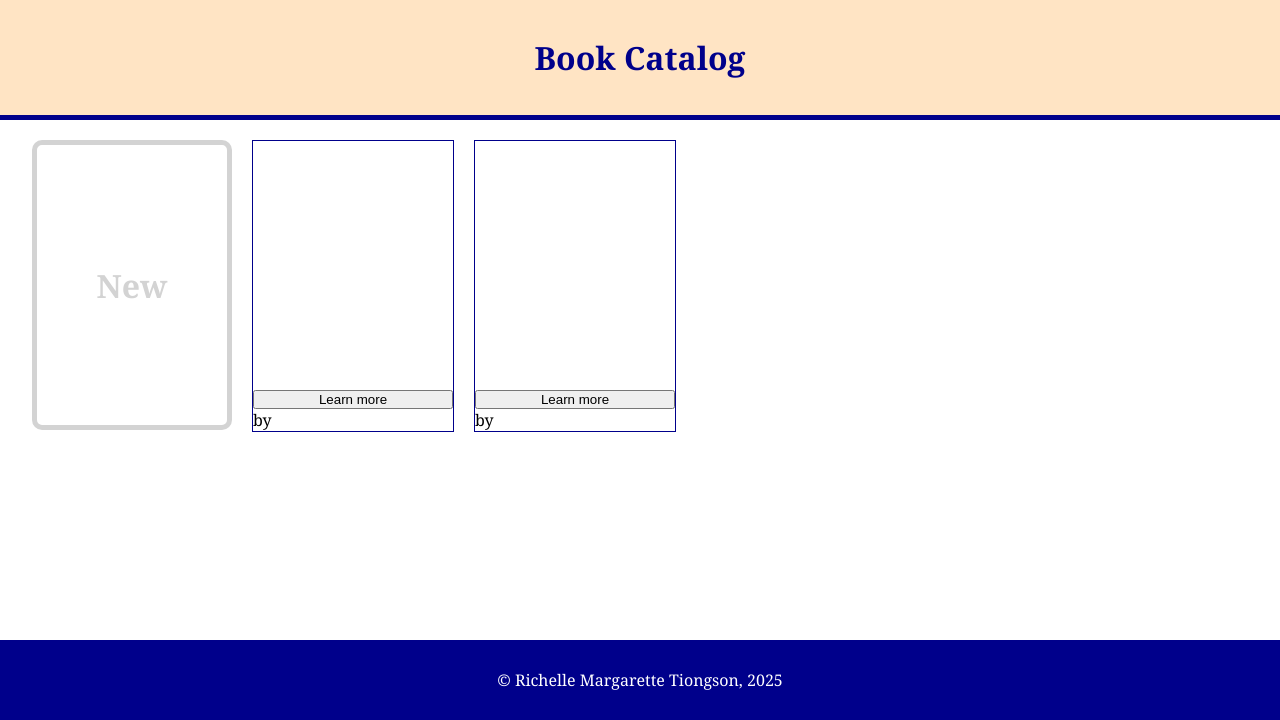
Repository: richelletiongson/comp3170_lab01
Page: /
The author's editor kept a copy of each file at every save. The page is drawn from the files as they stood at one save, then again after the next save.
The browser window is 1280 px wide. The pictures show the whole page.
The project was rebuilt for these pictures with package versions that can differ from the ones it lists, and the page was loaded fresh each time. Also part of the build but not shown: vite.config.js.

Above is the page before, as saved 2025-09-14 00:34:20.

### index.html
<!doctype html>
<html lang="en">
  <head>
    <meta charset="UTF-8" />
    <link rel="stylesheet" href="src/index.css"/>
    <meta name="viewport" content="width=device-width, initial-scale=1.0" />
    <title>Book Catalog</title>
  </head>
  <body>
    <div id="root"></div>
    <script type="module" src="/src/main.jsx"></script>
  </body>
</html>

### src/index.css
* {
  margin: 0;
  padding: 0;
}

body {
  font-family: 'Georgia', 'Times New Roman', serif;
  height: 100vh;
  display: flex;
  flex-direction: column;
}

.app {
  display: flex;
  flex-direction: column;
  min-height: 100vh;
  gap: 20px;
}

.header {
  background-color: bisque;
  height: 115px;
  display: flex;
  align-items: center;
  justify-content: center;
  border-bottom: 5px solid darkblue;
}

.header-title {
  color: darkblue;
  font-size: 32px;
  font-weight: bold;
  text-align: center;
  margin: 0;
}

.book {
  display: flex;
  flex-direction: column-reverse;
  border: solid 1px darkblue;
  height:290px;
  width:200px;
}

.new {
  border: solid 5px lightgray;
  border-radius: 10px;
  height:290px;
  width:200px;
  font-family: 'Georgia', 'Times New Roman', serif;
  background-color: #FFFFFF;
  color: lightgray;
  font-size: 32px;
  font-weight: bold;
}

.main-content {
  flex: 1;
  background-color: #FFFFFF;
  padding: 0 2rem;
}

.content {
  display: flex;
  flex-direction: row;
  justify-content:flex-start;
  gap: 20px;
}

.footer {
  background-color: darkblue;
  height: 80px;
  display: flex;
  align-items: center;
  justify-content: center;
}

.footer-text {
  color: #FFFFFF;
  font-size: 1rem;
  margin: 0;
  text-align: center;
}

### src/App.jsx

import './index.css'
import Book from './Book'

function App() {
  return (
    <div className="app">
      <header className="header">
        <h1 className="header-title">Book Catalog</h1>
      </header>

      <main className="main-content">
        <div className="content">
          <button className="new">New</button>
          <Book/>
          <Book/>
        </div>
      </main>

      <footer className="footer">
        <p className="footer-text">© Richelle Margarette Tiongson, 2025</p>
      </footer>
    </div>
  )
}

export default App

### src/Book.jsx
import './index.css'

function Book(props) {
    return (
        <div className="book">
            <image src={props.image}></image>
            <div>
                <p>by</p>
                <p>{props.author}</p>
            </div>
            <button>Learn more</button>
        </div>
    );
}

export default Book;

Loaded but not shown: src/main.jsx (common file)

After the next save:
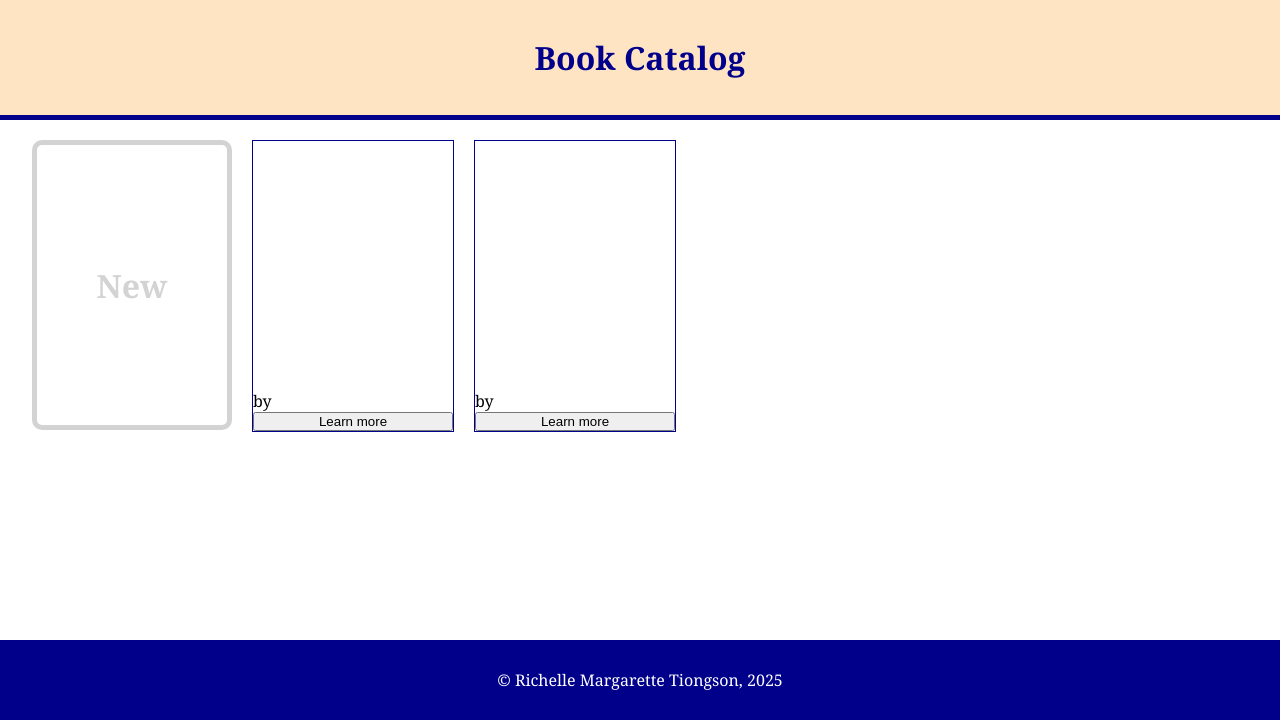
Saved 28 s later.
--- a/src/index.css
+++ b/src/index.css
@@ -36,7 +36,8 @@ body {
 
 .book {
   display: flex;
-  flex-direction: column-reverse;
+  flex-direction: column;
+  justify-content: end;
   border: solid 1px darkblue;
   height:290px;
   width:200px;
